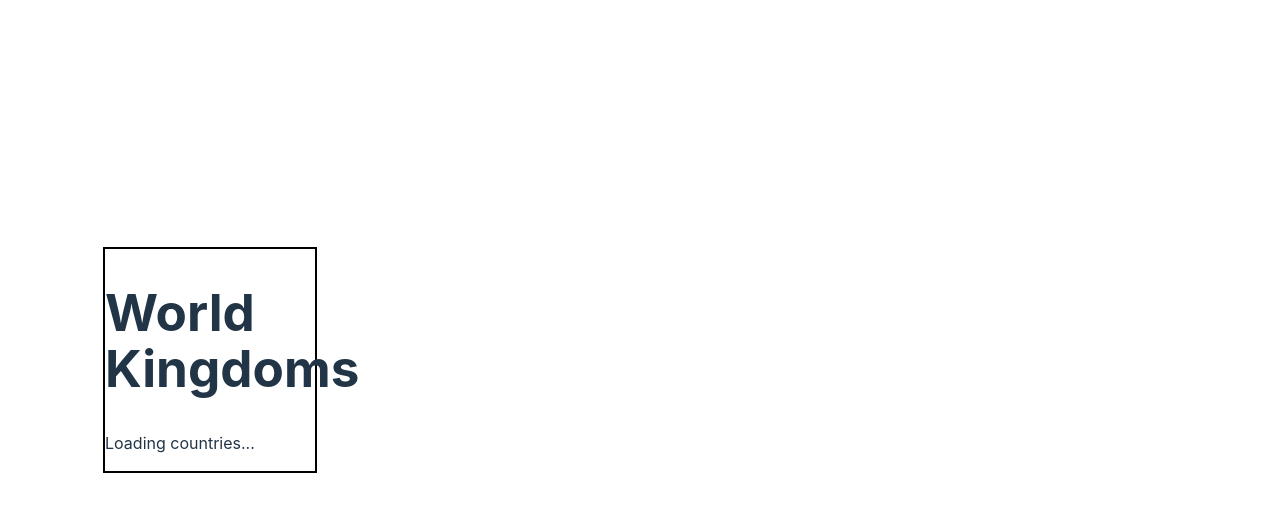
Repository: MelissaJacobi/lab-07
Page: /
These files come from the project's save history. The page is drawn as it stood at one moment and after the next save; the edit follows.
The browser window is 1280 px wide. The pictures show the whole page.
The page's requests for data from a server got no answer. The project was rebuilt for these pictures with package versions that can differ from the ones it lists, and the page was loaded fresh each time. No one was signed in, and anything a server would have sent is missing. Also part of the build but not shown: vite.config.js, src/components/Details.module.css, src/components/Details.jsx.

Above is the page before, as saved 2024-11-23 22:18:52.

After the next save:
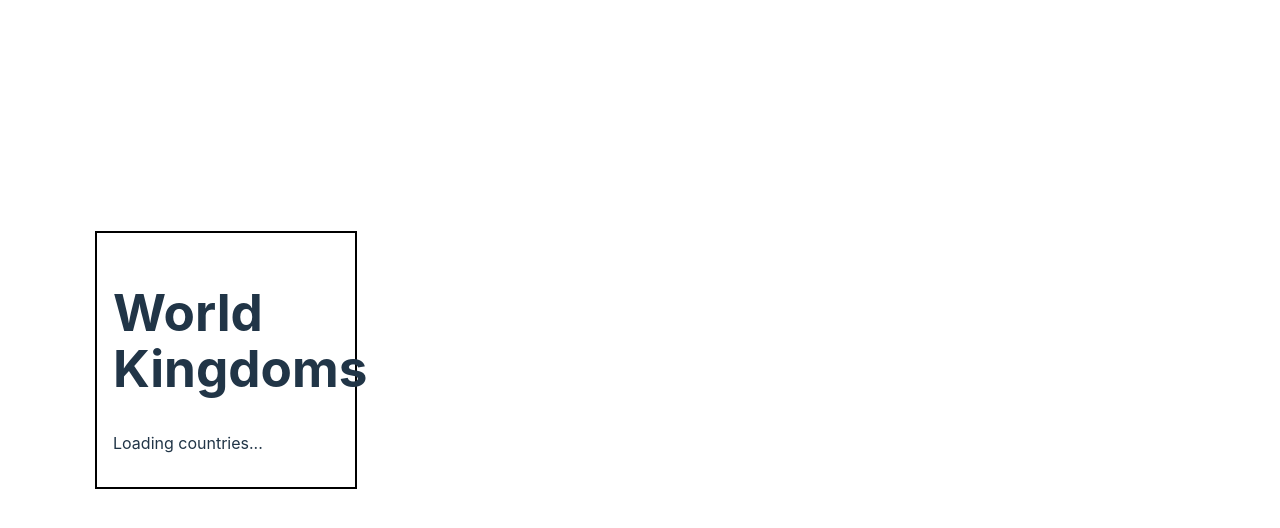
Saved 9 s later.
--- a/src/components/Countries.module.css
+++ b/src/components/Countries.module.css
@@ -2,6 +2,7 @@
     width: 50%;
     border: 2px solid black;
     margin: 1rem auto;
+    padding: 1rem;
 }
 
 .dropDown {
